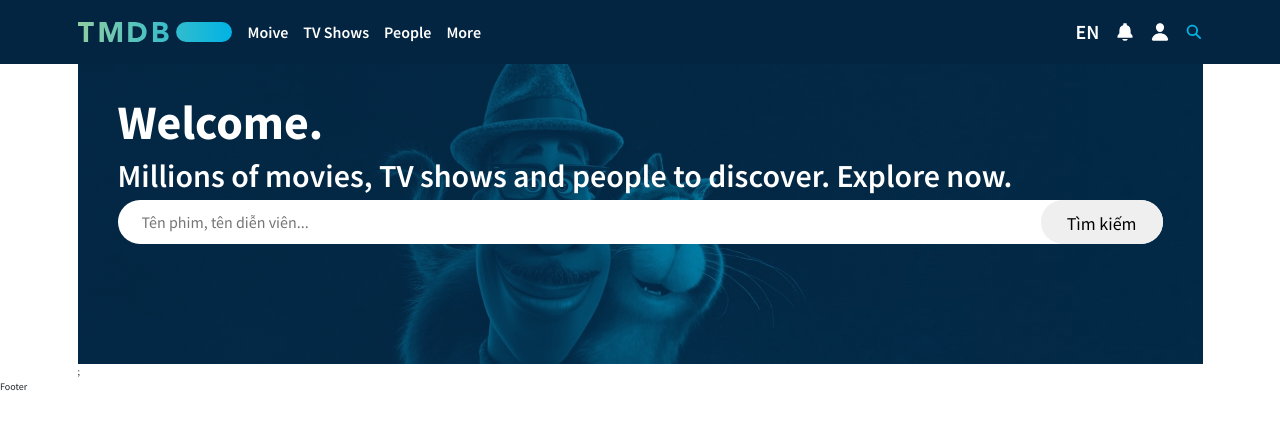
Repository: nguyennam1029/TMDB-App
Page: /
An editor plug-in stored every save of this project. The page is shown before and after the next save, followed by the edit.
The browser window is 1280 px wide. The pictures show the whole page.
The project was rebuilt for these pictures with package versions that can differ from the ones it lists, and the page was loaded fresh each time. Also part of the build but not shown: src/components/ui/HeroCart/heroCart.css, src/components/ui/HeroCart/HeroCart.jsx, src/page/Search.jsx. Imported but missing from the stored project, and not drawn on this page: src/components/ui/ListHero/ListHero, src/page/HeroDetail.

Above is the page before, as saved 2022-09-26 20:23:19.

After the next save:
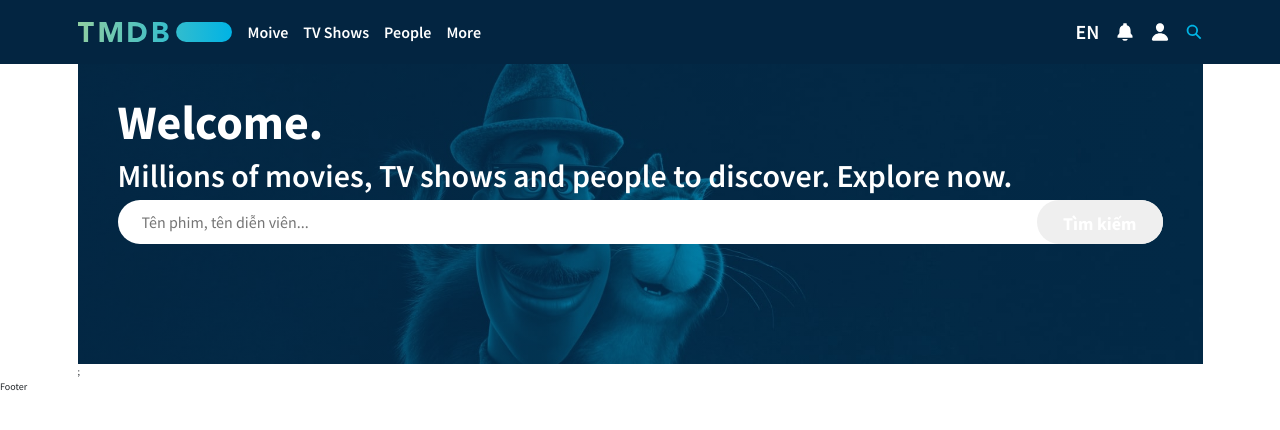
Saved 30 s later.
--- a/src/components/Banner/banner.css
+++ b/src/components/Banner/banner.css
@@ -47,6 +47,8 @@
 
 .banner-search button {
     font-size            : 1.8rem;
+    font-weight          : 700;
+    color                : #fff;
     position             : absolute;
     bottom               : 0;
     right                : 0;
